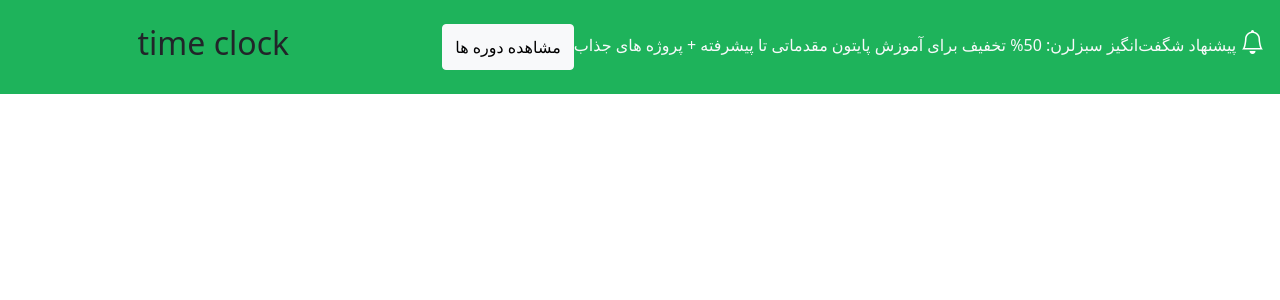
Repository: mobina-mirzaei/final-project-mirzaei
Page: index.html
An editor plug-in stored every save of this project. The page is shown before and after the next save, followed by the edit.
The browser window is 1280 px wide. The pictures show the whole page.
The style sheet was rebuilt from its Sass, Less or Tailwind sources for each picture, by a compiler version that may differ from the author's.

Above is the page before, as saved 2025-06-05 21:08:45.

After the next save:
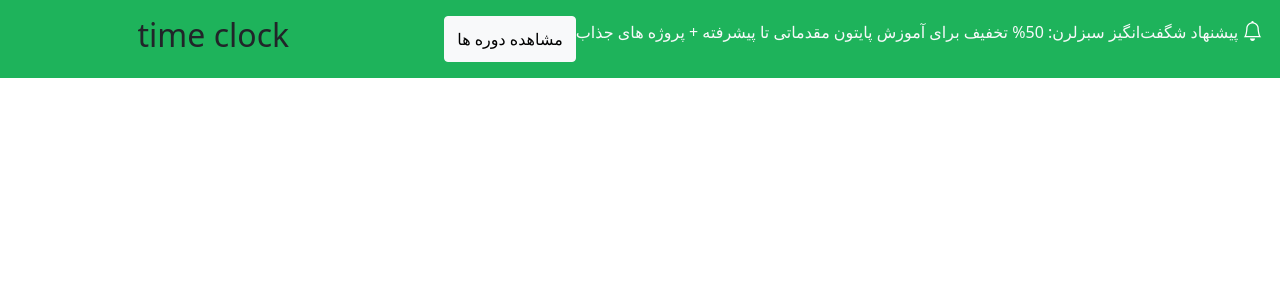
Saved 23 s later.
--- a/index.html
+++ b/index.html
@@ -17,10 +17,10 @@
   </head>
   <body>
     <div class="container-fluid">
-      <div class="row d-flex justify-content-between aling-items-center pre-nav py-4">
+      <div class="row d-flex justify-content-between aling-items-center pre-nav py-3">
         <div class="col-lg-8 d-flex justify-content-center aling-items-center">
             <span class="text-light">
-                <i class="bi bi-bell" style="color: white; font-size: 24px;"></i>
+                <i class="bi bi-bell" style="color: white; font-size: 20px;"></i>
                 پیشنهاد شگفت‌انگیز سبزلرن: 50% تخفیف برای آموزش پایتون مقدماتی تا
                 پیشرفته + پروژه های جذاب
             </span>
